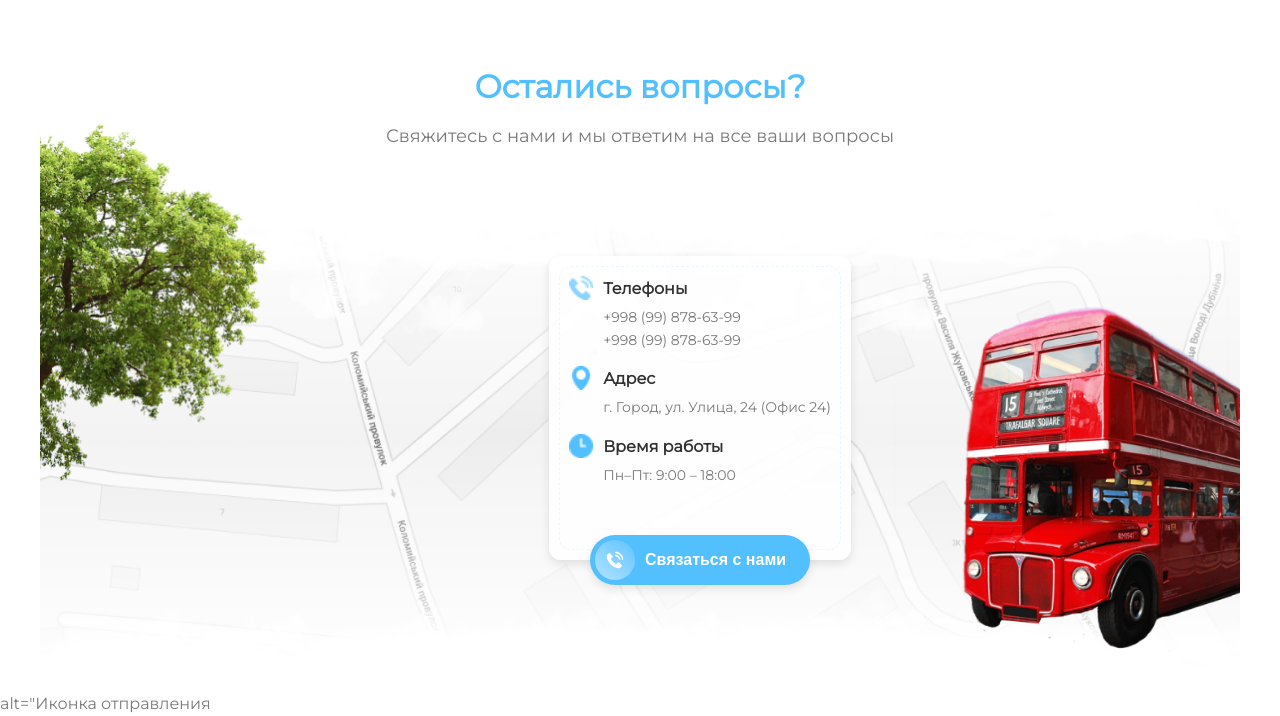
Repository: olyakorzh/Team-project-1
Page: assets/pages/students.html
An editor plug-in stored every save of this project. The page is shown before and after the next save, followed by the edit.
The browser window is 1280 px wide. The pictures show the part of the page from y = 1720 to 2436 px (the page is 2436 px tall before and 2411 px after).
A picture or video elsewhere on the page could not be fetched, so the positions and the page height are approximate.

Above is the page before, as saved 2024-12-07 10:32:45.

After the next save:
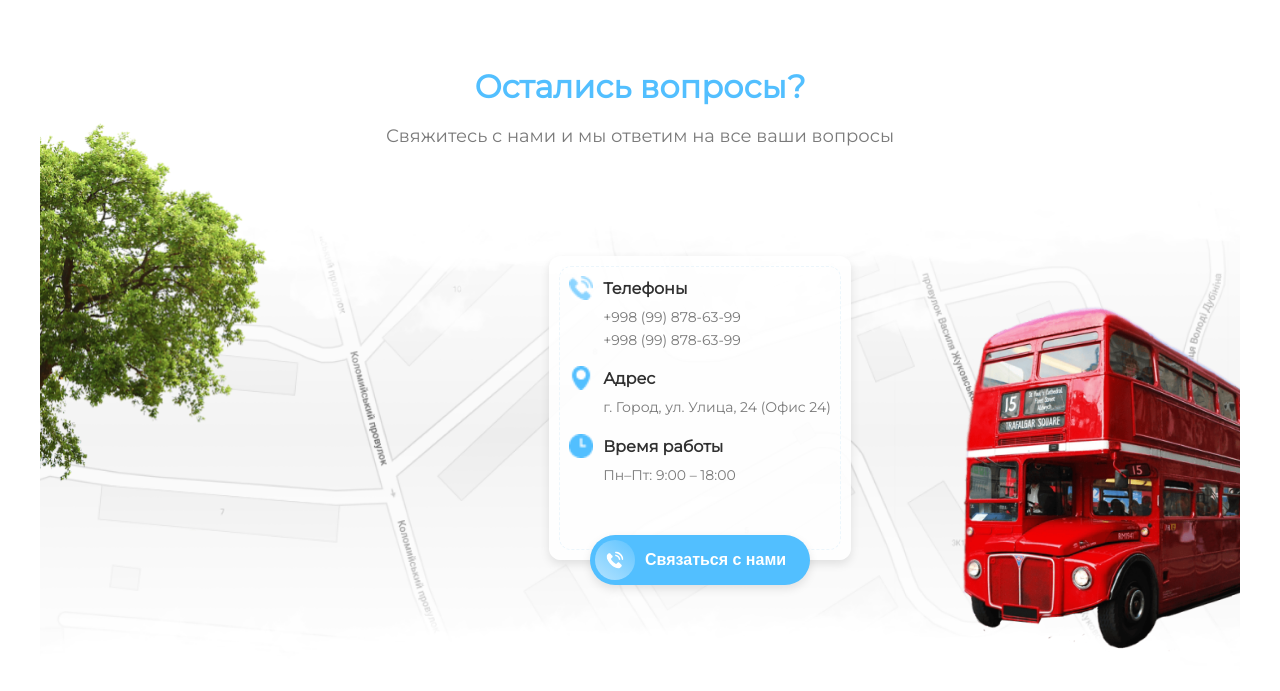
Saved 11 s later.
--- a/assets/pages/students.html
+++ b/assets/pages/students.html
@@ -274,7 +274,7 @@
           </div>
         </section>
         </main>
-        alt="Иконка отправления
+
 
 </body>
 </html>
